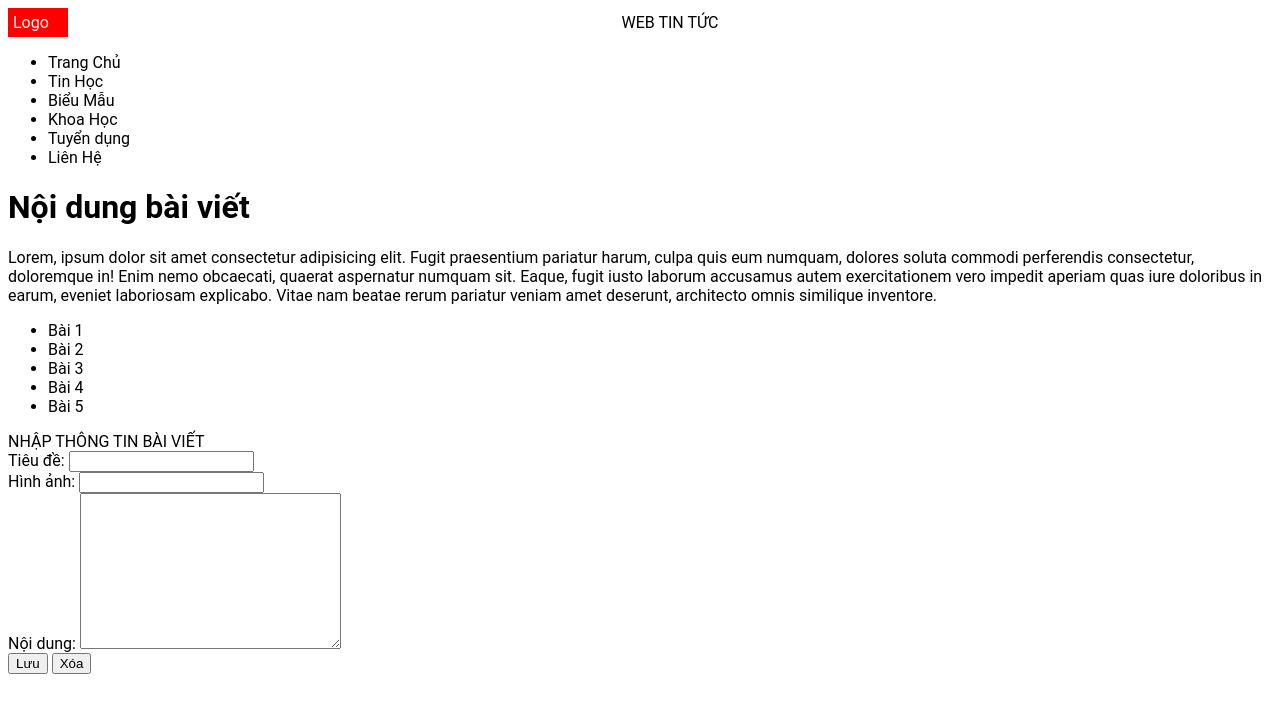
Repository: AnhDuc0125/HTML-Aptech
Page: bt2217/index.html
The author's editor kept a copy of each file at every save. The page is drawn from the files as they stood at one save, then again after the next save.
The browser window is 1280 px wide. The pictures show the whole page.

Above is the page before, as saved 2021-12-25 12:39:57.

After the next save:
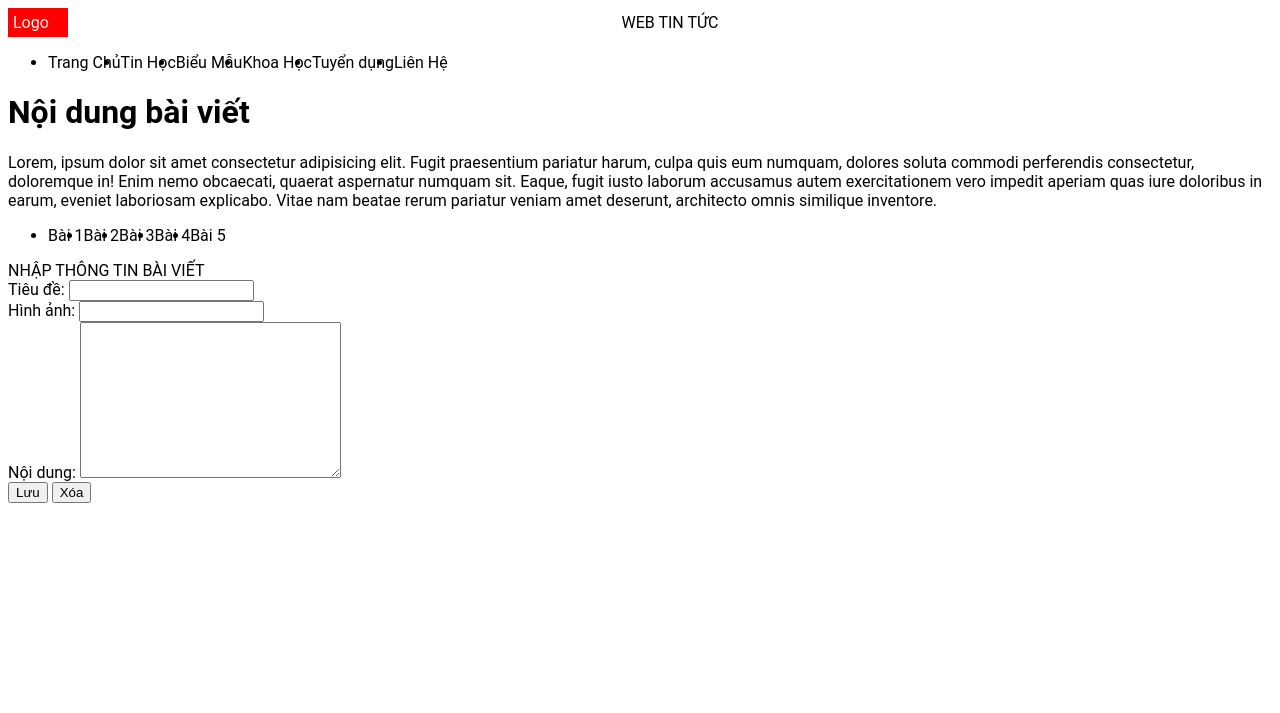
Saved 11 s later.
--- a/bt2217/style.css
+++ b/bt2217/style.css
@@ -17,3 +17,7 @@ body {
 .header-top_right {
     margin: 0 auto;
 }
+
+ul {
+    display: flex;
+}
